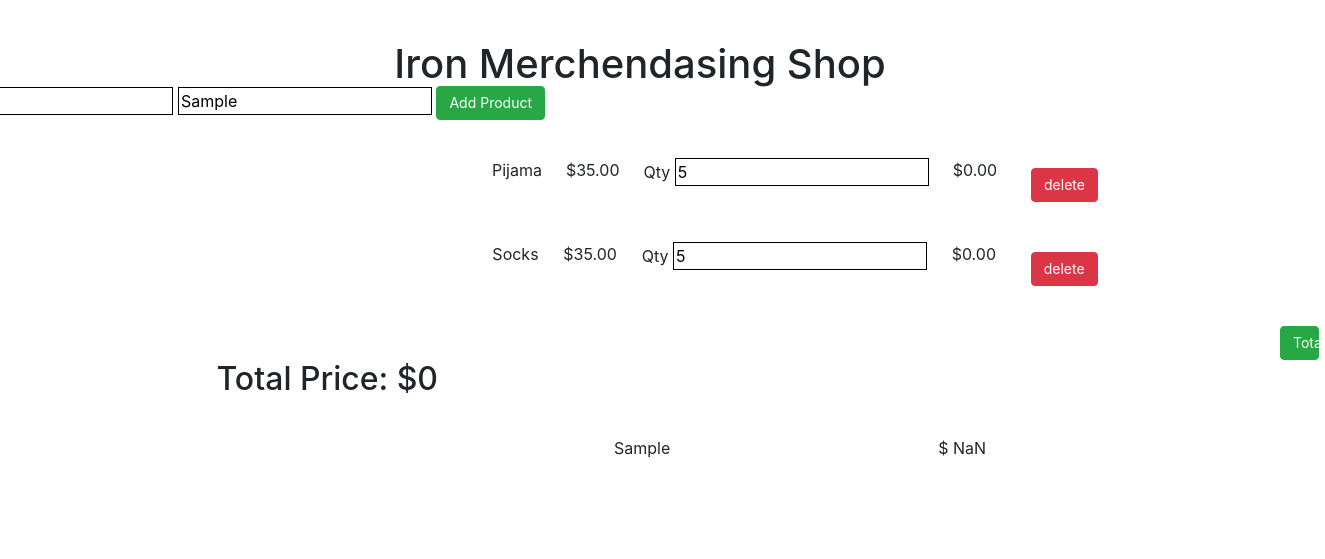
Repository: konstantin0s/lab-cart-DOM
Page: index.html
The author's editor kept a copy of each file at every save. The page is drawn from the files as they stood at one save, then again after the next save.
The browser window is 1280 px wide. The page is 1325 px wide, so the pictures cover 1325 px, including what lies to the right of the window. The pictures show the whole page.
Empty fields were first filled with sample values (such as "Sample", 5 or name@example.com).
After loading, the first visible `#addNewProd` was submitted once.
Some web libraries are served in a nearby version.

Above is the page before, as saved 2019-02-04 10:35:04.
Console error: TypeError: Cannot set properties of null (setting 'onclick')

### index.html
<!DOCTYPE html>
<html lang="en">
<head>
  <meta charset="UTF-8">
  <meta name="viewport" content="width=device-width, initial-scale=1.0">
  <meta http-equiv="X-UA-Compatible" content="ie=edge">
  <link rel="stylesheet" href="https://cdnjs.cloudflare.com/ajax/libs/normalize/5.0.0/normalize.min.css">
  <link rel="stylesheet" href="./css/style.css">
  <link rel="stylesheet" href="https://stackpath.bootstrapcdn.com/bootstrap/4.2.1/css/bootstrap.min.css">
  <title>Ironhack cart</title>
</head>

<body>
  <h1  class="title">Iron Merchendasing Shop</h1>
<!--
  <div class="container mt-4" id="amess">
    <h1 class="display-4 text-center">
      <i class="fas fa-book-open text-primary"></i>
      My <span class="text-primary">Products</span>List
      </h1>
      <form action="" id="product-form">
        <div class="form-group">
          <label for="product">Product</label>
          <input id="newProd" class="form-control" type="text">
        </div>
        <div class="form-group">
          <label for="price">$:</label>
          <input id="newPrice" class="form-control" type="text">
        </div>
        <div class="form-group">
          <label for="quantity">QTY</label>
          <input id="newQty" class="form-control" type="text">
        </div>
        <input type="submit" value="Add Product"
          class="btn btn-primary btn-block">
     </form>
        <table class="table table-striped">
          <thead>
            <tr>
              <th>Product:</th>
              <th class="fPrice">Price:</th>
              <th class="fQua">Quantity:</th>
              <th class="fTotal">Total:</th>
              <th></th>
            </tr>
          </thead>
            <tbody id="product-list"></tbody>
          </table>
  </div>   -->


  <div id="container">
       <div class="product">
        <div class="name">
          <span>Pijama</span>
        </div>
        <div class="price">
          $<span>35.00</span>
        </div>
        <div>
          <label>QTY</label>
          <input type="number" name="quantity" class="quantity">
        </div>
        <div class="totalP">
          $<span>0.00</span>
        </div>
        <div class="remove">
            <button class="button btn-danger" type="button">Delete</button>
        </div>
      </div>

      <div class="product">
          <div class="name">
            <span>Socks</span>
          </div>
          <div class="price">
            $<span>35.00</span>
          </div>
          <div>
            <label>QTY</label>
            <input type="number" name="quantity" class="quantity">
          </div>
          <div class="totalP">
            $<span>0.00</span>
          </div>
          <div class="remove" id="remove">
              <button class="button btn-danger" type="button">Delete</button>
          </div>
        </div>

     <div>
    <!--Ouside container-->
     <form action="" id="addNewProd">
       <input type="text" name="product" id="newProd">
       <input type="text" name="price" id="newPrice">
       <button type="submit" class="button btn-success" id="addExtra">Add Product</button>
     </form>

     <div class="addBC-container">
      <div class="calculate">
         <button type="button" class="button btn-success" id="calc-prices-button">Total</button>
      </div>

    <!-- <div class="addPBtn">
      <button type="button" class="button btn-success" id="addExtra">Add Product</button>
    </div> -->

    <h2 id="cart-total-price">
      Total Price: $<span>0</span>
    </h2>

    </div>



      <script type="text/javascript" src="./js/index.js"></script>

</body>
</html>

### css/style.css

body{
  overflow-x: hidden;
  z-index: 1000;
}

.title {
  text-align: center;
  padding: 40px;
}

.container {
  display: flex;
  flex-direction: row;
}

input {
  border: solid 1px black;
}

.product {
  display: flex;
  flex-direction: row;
  justify-content: space-around;
  width: 50%;
  margin: 30px 0 0 480px;
}

.button {
  display: inline-block;
  padding: 6px 12px;
  margin-bottom: 0;
  font-size: 14px;
  font-weight: 400;
  line-height: 1.42857143;
  text-align: center;
  white-space: nowrap;
  vertical-align: middle;
  -ms-touch-action: manipulation;
  touch-action: manipulation;
  cursor: pointer;
  -webkit-user-select: none;
  -moz-user-select: none;
  -ms-user-select: none;
  user-select: none;
  background-image: none;
  border: 1px solid transparent;
  border-radius: 4px;
}

.btn-success {
    color: #fff;
    background-color: #5cb85c;
    border-color: #4cae4c;
}

.cost-1 {
  margin: 10px;

}

.input {
  margin: 10px;
}

.totalP-1 {
  margin: 10px;
}



/* add total & product container */
.addBC-container {
    display: flex;
    flex-direction: column;
    margin:20px 0 20px 0;
}

/* Add new product button*/
.addPBtn {
  margin:10px 0 0 1280px;
  display: flex;
  flex-direction: column;
  width: 6%;
}

#cart-total-price {
  display: flex;
  justify-content: center;
}

/* total button*/
.calculate {
  margin:10px 0 0 1280px;
  display: flex;
  flex-direction: column;
  width: 6%;
}

.remove {
  margin: 10px;
}

.btn-danger {
    color: #fff;
    background-color: #CF000F;
    border-color: #CF000F;
}


.newPrice {
  position: relative;;
  top: 200px;
  left: 100px;
}


.prices .newPrice {
  position: relative;;
  top: 200px;
  left: 100px;
}

.product { text-transform: capitalize; }

#addNewProd {
  position: relative;
  float: right;
  left: -735px;
  top: -230px;

  display: inline;
}
/*
 .newRowItems .quan {
  position: relative;
  top: -130px;
  left: 460px;
}

 .newRowItems input{
  position: relative;
  top: -91px;
  left: 190px;
 }


 .newRowItems .inputQua{
  position: relative;
  top: -80px;
  left: 380px;
 }

  .newRowItems .defPrice{
  position: relative;
  top: -210px;
  left: 845px;
 } */ */

 /* style new added new products*/
 /* #amess {
   display:flex;
   width:50%;
   height: 500px;
   flex-direction: column;
   /* align-items: center; */
   /* margin-bottom: 300px;
   left: -400px;
 } */

/*
.newRowItems button {
  position: relative;
  top: -253px;
  left: 890px;
  width: 70px;
  display: inline-block;
  padding: 6px 12px;
  margin-bottom: 0;
  font-size: 14px;
  font-weight: 400;
  line-height: 1.42857143;
  text-align: center;
  white-space: nowrap;
  vertical-align: middle;
  -ms-touch-action: manipulation;
  touch-action: manipulation;
  cursor: pointer;
  -webkit-user-select: none;
  -moz-user-select: none;
  -ms-user-select: none;
  user-select: none;
  background-image: none;
  border: 1px solid transparent;
  border-radius: 4px;

} */

### js/index.js



  // document.getElementById("addExtra").addEventListener("click", createNewItemRow);
  // document.getElementById("addExtra").addEventListener("click", createQuantityNode);
  // document.getElementById("addExtra").addEventListener("click", createQuantityInput);
  // document.getElementById("addExtra").addEventListener("click", getPriceByProduct);
  // document.getElementById("addExtra").addEventListener("click",   createDeleteButton);
  // document.getElementById("calc-prices-button").addEventListener("click", calculatePriceProducts);



var prodList = document.querySelector('#container');
prodList.addEventListener("click", deleteItem);

function deleteItem(e){
 if (e.target.classList.contains("btn-danger")) {
    if (confirm("Are you sure?")) {

      //removes the product div (which is parent of remove div and remove div is parent of btn-danger)
      var prod = e.target.parentElement.parentElement.remove();
      console.log(prod);
     }

    }

}


function getPriceByProduct(itemNode){
  // var h5 = document.createElement("H5");                       // Create a <p> element
  // itemNode = document.createTextNode("$0 ");
  // h5.className = 'defPrice';     // Create a text node
  // h5.appendChild(itemNode);                                          // Append the text to <p>
  // document.getElementsByClassName("newRowItems")[0].appendChild(h5);
}


function updatePriceByProduct(productPrice, index){

}



function getTotalPrice() {  //works individual products
  var products = document.getElementsByClassName("product");
  var cartTotalPrice = document.querySelector("#cart-total-price span"); //update dinamic on each input.
  cartTotalPrice.innerText = 0;


  for (var i = 0; i < products.length; i++) {
   products[i].querySelector(".totalP span").innerText =
   Number(Number(products[i].querySelector(".price span").innerText) *
    Number(products[i].querySelector(".quantity").value));

   cartTotalPrice.innerText = Number(cartTotalPrice.innerText) +
   Number(products[i].querySelector(".totalP span").innerText);
  }
}







function createQuantityInput() {
// var label = document.createElement("LABEL");
// label.className = 'inputQua';
// var quaInput = document.createElement("INPUT");
// label.appendChild(quaInput);
// document.getElementsByClassName('newRowItems')[0].appendChild(label);
}

function createDeleteButton(){
// var button = document.createElement("BUTTON");
// button.className = 'button btn-delete';
// var quaDel = document.createTextNode("Delete");
// button.appendChild(quaDel);
// document.getElementsByClassName('newRowItems')[0].appendChild(button);
}

function createQuantityNode(){
  // var h5 = document.createElement("H5");
  // h5.className = 'quan';                       // Create a <p> element
  // var quaNode = document.createTextNode("Quantity: ");      // Create a text node
  // h5.appendChild(quaNode);                                          // Append the text to <p>
  // document.getElementsByClassName("newRowItems")[0].appendChild(h5);
}

function createItemNode(dataType, itemData){

}

//Add TolowerCase to all products.
var upProd = document.getElementsByClassName("product");
for (var i = 0; i < upProd.length; i++) {
  upProd[i].innerHTML = upProd[i].innerHTML.toLowerCase();
}

  //Form submit event
var form = document.querySelector("#addNewProd");
form.addEventListener("submit", createNewItemRow);
//add new product here
var prodList = document.querySelector("#container");
//get new product value

function createNewItemRow(e){
  e.preventDefault();
  //get new product value
  var newProd = document.getElementById("newProd").value;
  var newPri = document.getElementById("newPrice").value;
  var pars = parseFloat(newPri);
  pars.toFixed(2);

  //new div & span product name
  var div = document.createElement("div");
  div.className = "product";
  var span = document.createElement("span");

  //append new product to new span
  span.appendChild(document.createTextNode(newProd));
  div.appendChild(span);



//new div & span product name
var divPrice = document.createElement("div");
divPrice.className = "price";
var spanPrice = document.createElement("span");
//append new product to new span
spanPrice.appendChild(document.createTextNode("$ " + pars));
div.appendChild(spanPrice);

var products = document.querySelector("#product");
//       var  label = document.createElement("label");
//      label.innerHTML = `
//       <input type="number" name="quantity" class="quantity">
//       <button type="button" class="button btn-danger">Delete</button>
//      `;

//       list.appendChild(row);


  // var divDel = document.createElement("div");
  // divDel.className = "remove";
  // var deleteBtn = document.createElement("button");
  // deleteBtn.className ="button btn-danger";
  // deleteBtn.appendChild(document.createTextNode("Delete"));
  // divDel.appendChild(deleteBtn);


  //add new product to the div container
   prodList.appendChild(div);
   console.log(prodList);




  // var h5 = document.createElement("H5");                       // Create a <p> element
  // itemName = document.createTextNode("Sexy Shirt: ");
  // h5.className = 'sexy';     // Create a text node
  // h5.appendChild(itemName);                                          // Append the text to <p>
  // document.getElementsByClassName("newRowItems")[0].appendChild(h5);

  // var label = document.createElement("LABEL");
  // var par = document.createElement("P");                       // Create a <p> element
  // var dollar = document.createTextNode("$");
  // par.appendChild(dollar);
  // itemUnitPrice = document.createElement("INPUT");
  // label.appendChild(itemUnitPrice);
  // document.getElementsByClassName('newRowItems')[0].appendChild(par);
  // document.getElementsByClassName('newRowItems')[0].appendChild(label);

}

function createNewItem(){

}

window.onload = function(){
  var calculatePriceButton = document.getElementById('calc-prices-button');
  var createItemButton = document.getElementById('new-item-create');
  var deleteButtons = document.getElementsByClassName('btn-delete');

  calculatePriceButton.onclick = getTotalPrice;
  createItemButton.onclick = createNewItem;

  for(var i = 0; i<deleteButtons.length ; i++){
    deleteButtons[i].onclick = deleteItem;
  }
};




// class Product {
//   constructor(name, price, quantity) {
//     this.name = name;
//     this.price = price;
//     this.quantity = quantity;
//   }
// }

// //local storage
// class Store {
//   static getProducts() {
//     var products;
//     if (localStorage.getItem('products') === null) {
//       products = [];
//     } else {
//       products = JSON.parse(localStorage.getItem('products'));
//     }

//     return products;
//   }

//   static addProduct(product) {
//      var products = Store.getProducts();
//        products.push(product);
//        localStorage.setItem('products', JSON.stringify(products));
//   }

//   static removeProduct(quantity) {
//     var products = Store.getProducts();
//     products.forEach((product, index) => {
//       if (product.quantity === quantity) {
//         products.splice(index, 1);
//       }
//     });

//     localStorage.setItem('products', JSON.stringify(products));

//   }
// }

// class UI {
//   static displayProducts() {

//      const products = Store.getProducts();

//      products.forEach((product) => UI.addProductToList(product));

//      }
//      static addProductToList(product) {
//       var list = document.querySelector("#product-list");
//       var  row = document.createElement("TR");
//       row.innerHTML = `
//       <td>${product.name}</td>
//       <td>${product.price}</td>
//       <td>${product.quantity}</td>
//       <td><a href="#" class="btn btn-danger btn-sm
//        delete">X</></td>
//      `;

//       list.appendChild(row);
//   }

//   static deleteProduct(el) {
//     if (el.classList.contains("delete")) {
//         el.parentElement.parentElement.remove(); // deletes tr
//     }
//   }

//   static showAlert(message, className) {
//   var div = document.createElement('div');
//      div.className = `alert alert-${className}`;
//      div.appendChild(document.createTextNode(message));
//      var container = document.querySelector('#amess');
//      var form = document.querySelector('#product-form');
//      container.insertBefore(div, form);
//      setTimeout(() => document.querySelector('.alert').remove(), 3000);
//   }

//   static clearFields() {
//     const name = document.querySelector("#newProd").value = "";
//     const price = document.querySelector("#newPrice").value = "";
//     const quantity = document.querySelector("#newQty").value = "";
//   }
// }


// document.addEventListener("DOMContentLoaded", UI.displayProducts);

// document.querySelector("#product-form").addEventListener("submit", (e) => {
//   // e.preventDefault();
//   const name = document.querySelector("#newProd").value;
//   const price = document.querySelector("#newPrice").value;
//   const quantity = document.querySelector("#newQty").value;

//   //validate
//   if (name === '' || price === '' || quantity === '') {
//     UI.showAlert('please fill in all fields', 'danger');
//   } else {
//     const product = new Product(name, price, quantity);

//     UI.addProductToList(product);

//     //add product to Store
//     Store.addProduct(product);

//     UI.clearFields();
//   }


// });

// //delete product
// document.querySelector("#product-list").addEventListener("click", (e) => {
//   UI.deleteProduct(e.target);

//   //remove product from store
// Store.removeProduct(e.target.parentElement.previousElementSibling.textContent);

// });

After the next save:
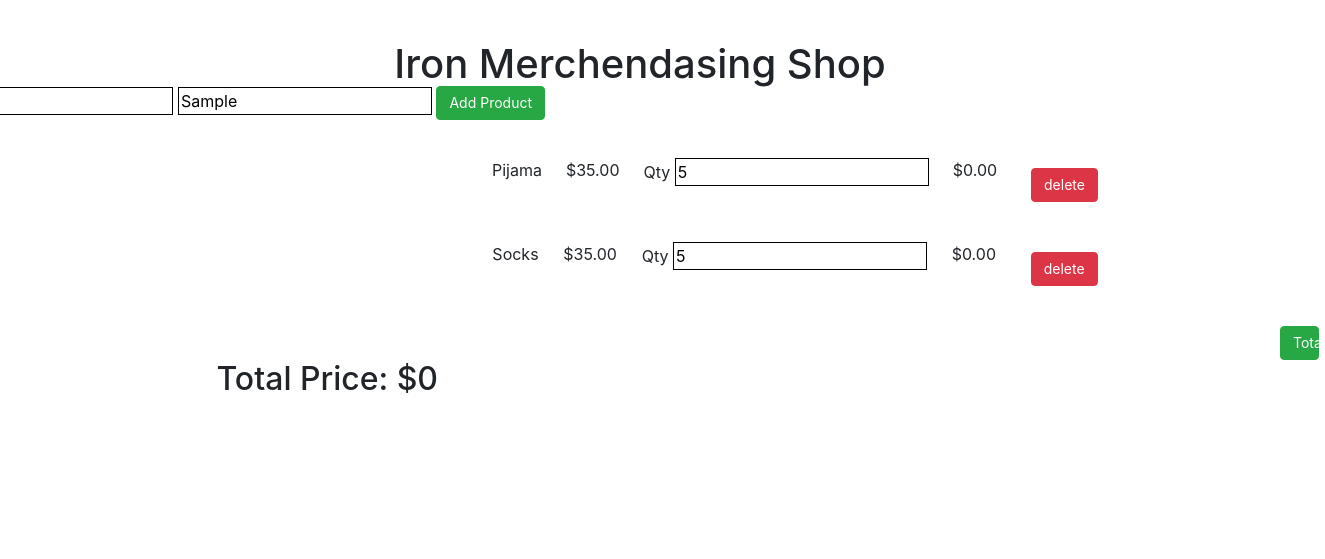
Saved 47 s later.
--- a/js/index.js
+++ b/js/index.js
@@ -133,13 +133,13 @@
 div.appendChild(spanPrice);
 
 var products = document.querySelector("#product");
-//       var  label = document.createElement("label");
-//      label.innerHTML = `
-//       <input type="number" name="quantity" class="quantity">
-//       <button type="button" class="button btn-danger">Delete</button>
-//      `;
-
-//       list.appendChild(row);
+      var label = document.createElement("label");
+     label.innerHTML = `
+      <input type="number" name="quantity" class="quantity">
+      <button type="button" class="button btn-danger">Delete</button>
+     `;
+
+      products.appendChild(label);
 
 
   // var divDel = document.createElement("div");

After the save that followed:
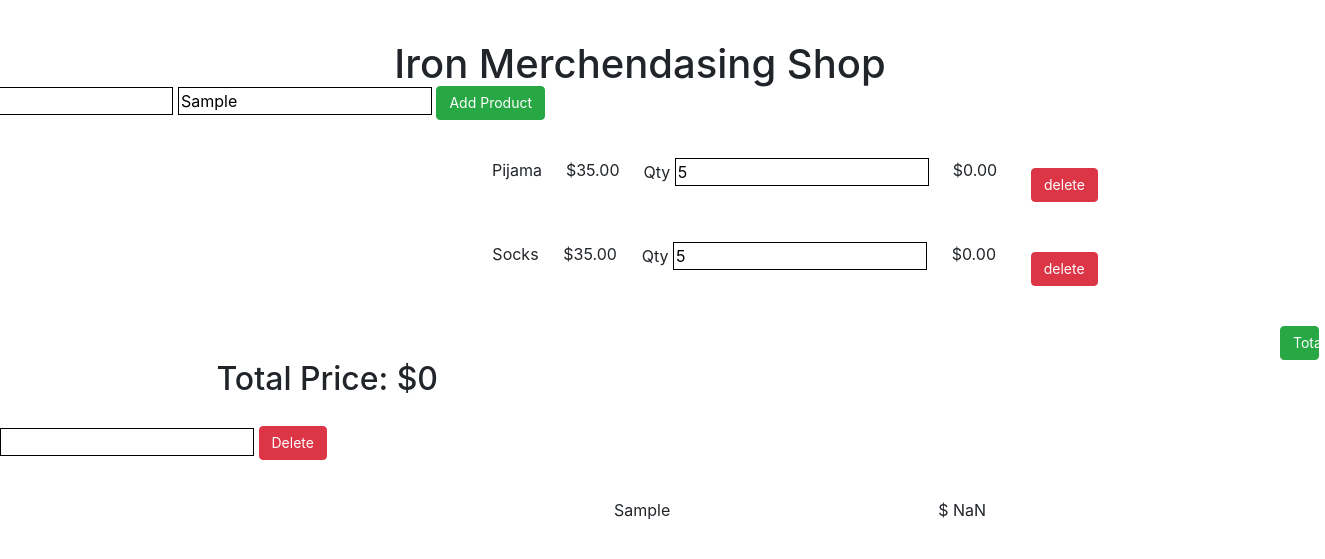
Saved 99 s later.
--- a/js/index.js
+++ b/js/index.js
@@ -132,14 +132,14 @@
 spanPrice.appendChild(document.createTextNode("$ " + pars));
 div.appendChild(spanPrice);
 
-var products = document.querySelector("#product");
+// var products = document.querySelector("#product");
       var label = document.createElement("label");
-     label.innerHTML = `
+          label.innerHTML = `
       <input type="number" name="quantity" class="quantity">
       <button type="button" class="button btn-danger">Delete</button>
      `;
 
-      products.appendChild(label);
+     prodList.appendChild(label);
 
 
   // var divDel = document.createElement("div");
